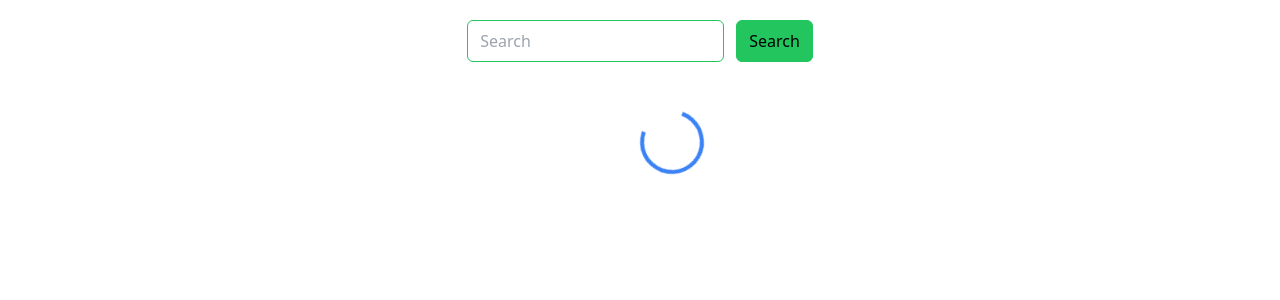
Repository: kimhieu153255/Image-search-app
Page: /
These files come from the project's save history. The page is drawn as it stood at one moment and after a run of saves; the edit follows.
The browser window is 1280 px wide. The pictures show the whole page.
The page's requests for data from a server got no answer. The project was rebuilt for these pictures with package versions that can differ from the ones it lists, and the page was loaded fresh each time. No one was signed in, and anything a server would have sent is missing. Also part of the build but not shown: vite.config.js, src/Components/Card/Card.jsx.

Above is the page before, as saved 2023-10-27 01:33:47.

After the next 2 saves:
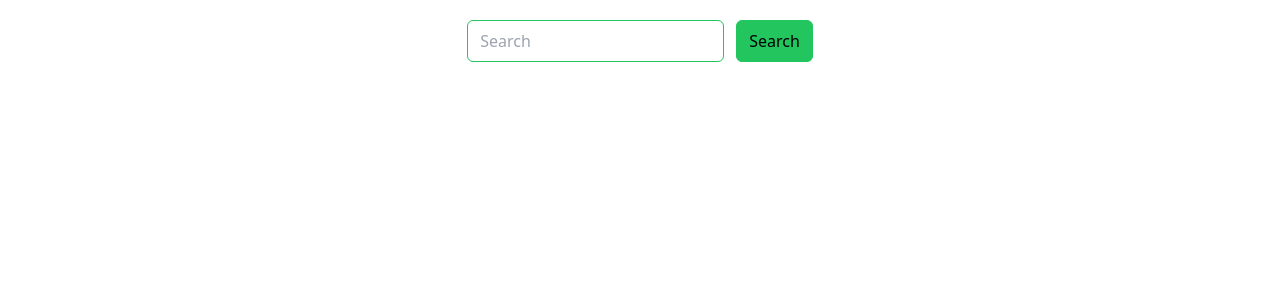
The 2 saves are shown as one change because they came seconds apart.
The last was saved 20 s later.
--- a/src/Components/Contexts/Data.jsx
+++ b/src/Components/Contexts/Data.jsx
@@ -32,8 +32,8 @@
             setPage((prev) => prev + 1);
           }
         }
-        setIsLoading(false);
-      }, 100);
+      }, 1000);
+      setIsLoading(false);
     } catch (err) {
       console.log(err);
     }

After the save that followed:
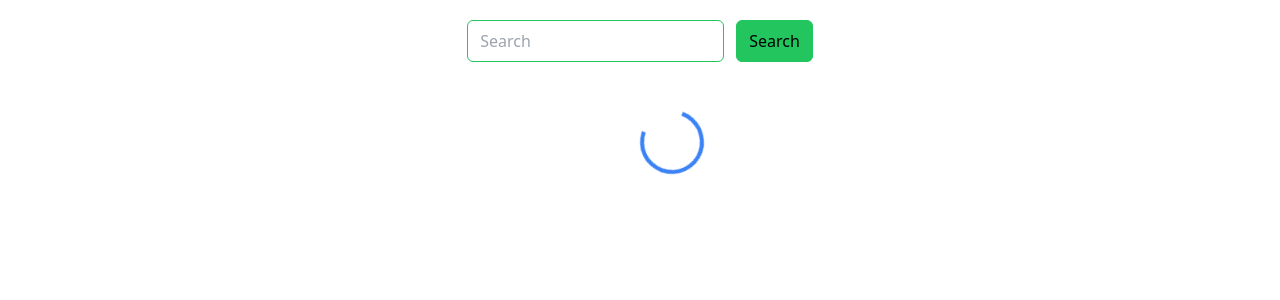
Saved 14 s later.
--- a/src/Components/Contexts/Data.jsx
+++ b/src/Components/Contexts/Data.jsx
@@ -32,8 +32,8 @@
             setPage((prev) => prev + 1);
           }
         }
+        setIsLoading(false);
       }, 1000);
-      setIsLoading(false);
     } catch (err) {
       console.log(err);
     }
